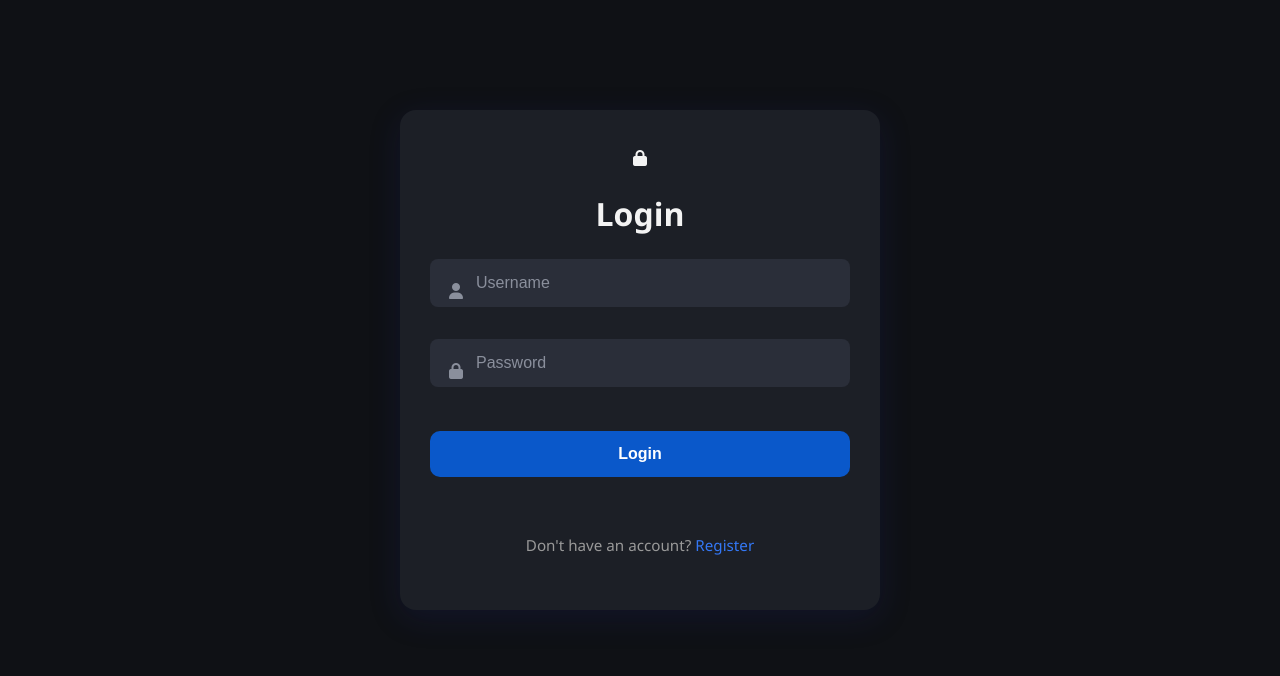
Repository: lowluds/auth-flask
Page: http://localhost/login
An editor plug-in stored every save of this project. The page is shown before and after the next save, followed by the edit.
The browser window is 1280 px wide. The pictures show the whole page.
The page is served by the project's application, run on Flask 3 (login.py).

Above is the page before, as saved 2025-07-10 22:22:26.

### templates/login.html
<!DOCTYPE html>
<html lang="en">
<head>
    <meta charset="UTF-8">
    <meta name="viewport" content="width=device-width, initial-scale=1.0">
    <title>Login</title>
    <link rel="stylesheet" href="{{ url_for('static', filename='register.css') }}">
    <link rel="stylesheet" href="{{ url_for('static', filename='error.css') }}">
    <link rel="stylesheet" href="https://cdnjs.cloudflare.com/ajax/libs/font-awesome/6.5.0/css/all.min.css">
</head>

<body>
    <div class="login-container">
        <i class="fas fa-lock login-icon"></i>
        <h2>Login</h2>
        <form method="post" action="/login">

          <div class="input-group">
              <i class="fas fa-user"></i>
              <input type="text" name="username" placeholder="Username" required>
            </div>

            <div class="input-group">
              <i class="fas fa-lock"></i>
              <input type="password" name="password" placeholder="Password" required>
            </div>

            {% with messages = get_flashed_messages(with_categories=true) %}
              {% if messages %}
                {% for category, message in messages %}
                  {% if category == 'error' %}
                  <div class="input-error">{{ message }}</div>
                  {% endif %}
                {% endfor %}
              {% endif %}
            {% endwith %}

            <button type="submit">Login</button><br>

            {% if show_forgot %}
            <a href="{{ url_for('forgot_password') }}" class="forgot-link">Forgot password?</a>
            {% endif %}

        </form>
        <p>Don't have an account? <a href="/register">Register</a></p>
    </div>
</body>
</html>

### login.py
from flask import Flask, render_template, request, redirect, url_for, session, flash
from werkzeug.security import check_password_hash
from werkzeug.security import generate_password_hash
import json

app = Flask (__name__)
app.secret_key = '123abc456'  # Change this to a secure random value

@app.route('/')
def home():
    return redirect(url_for('login'))

# Login
@app.route('/login', methods=['GET', 'POST'])
def login():
    if request.method == 'POST':
        # Get form input
        username = request.form['username']
        password = request.form['password']

        # Load users from JSON
        with open('users/userDB.json', 'r') as file:
            data = json.load(file)

        # Look for user
        for user in data['users']:
            if user['username'] == username:
                # Check hashed password
                if check_password_hash(user['password'], password):
                    session['username'] = username
                    session['group'] = user['group']
                    session.pop('show_forgot', None)

                    # Redirect based on group
                    if user['group'] == 'admin':
                        return redirect(url_for('admin'))
                    else:
                        return redirect(url_for('dashboard'))

                flash("Incorrect password", "error")
                session['show_forgot'] = True
                return redirect(url_for('login'))

        flash("Username or password not found", "error")
        session.pop('show_forgot', None)
        return redirect(url_for('login'))

    show_forgot = session.pop('show_forgot', False)
    return render_template('login.html', show_forgot=show_forgot)

# Register
@app.route('/register', methods=['GET', "POST"])
def register():
    if request.method == 'POST':
        username = request.form['username']
        password = request.form['password']
        group = "user"

        # Load existing users
        with open('users/userDB.json', 'r') as file:
            data = json.load(file)

        # Check for duplicate username
        for user in data['users']:
            if user['username'] == username:
                flash("Username already exists. Please choose another.", "error")
                return redirect(url_for('register'))

        # Hash the password
        hashed_password = generate_password_hash(password)

        # Add new user to userDB.json
        data['users'].append({
            'username': username,
            'password': hashed_password,
            'group'   : group
        })

        # Save the updated user to userDB.json
        with open('users/userDB.json', "w") as file:
            json.dump(data, file, indent=4)

        flash("You are registered! Please log in.", "success")
        return redirect(url_for('login'))

    # Only runs for GET requests
    return render_template('register.html')

# Forgot Password
@app.route('/forgot')
def forgot_password():
    return render_template('forgot.html')

# Dashboard
@app.route('/dashboard')
def dashboard():
    # Check if user is logged in
    if 'username' in session:
        return render_template('dashboard.html')
    else:
        return redirect(url_for('login'))
# Admin dashboard
@app.route('/admin')
def admin():
    if 'username' in session:
        if session.get('group') == 'admin':
            return render_template('admin.html')
        else:
            return "You are logged in, but not authorized to view this page"
    else:
        return redirect(url_for('login'))

# Logout
@app.route('/logout')
def logout():
    session.pop('username', None)
    return redirect(url_for('login'))

if __name__ == '__main__':
    app.run(debug=True)

### static/register.css
/* Global dark theme */
body {
    background: #0f1115;
    font-family: 'Segoe UI', Tahoma, Geneva, Verdana, sans-serif;
    margin: 0;
    padding: 0;
    color: #f3f3f3;
    min-height: 100vh;
    display: flex;
    justify-content: center;
    align-items: center;
}

/* Shared container styles */
.login-container,
.register-container,
.dashboard-container,
.admin-dashboard-container {
    background: #1c1f26;
    max-width: 420px;
    width: 100%;
    padding: 40px 30px;
    margin: 60px auto;
    border-radius: 16px;
    box-shadow: 0 8px 32px rgba(31, 38, 135, 0.18);
    display: flex;
    flex-direction: column;
    align-items: center;
}

.input-group {
    position: relative;
    width: 100%;
    margin-bottom: 16px;
}

.input-group i {
    position: absolute;
    top: 50%;
    left: 16px;
    transform: translateY(-50%);
    color: #8a8f9c;
    font-size: 1rem;
    pointer-events: none;
    height: 20px;
    width: 20px;
    display: flex;
    align-items: center;
    justify-content: center;
}

.input-group input {
    padding: 14px 16px 14px 46px; /* space for icon */
    height: 48px;
    border: none;
    border-radius: 8px;
    background-color: #2a2e39;
    color: #f3f3f3;
    font-size: 1rem;
    width: 100%;
    box-sizing: border-box;
}

.input-group input:focus {
    box-shadow: 0 0 0 2px rgba(52, 120, 246, 0.4);
}

/* Headings */
.login-container h2,
.register-container h2,
.dashboard-container h2,
.admin-dashboard-container h2 {
    color: #f3f3f3;
    margin-bottom: 24px;
    font-weight: 600;
    font-size: 2rem;
    text-align: center;
}

/* Forms */
form {
    width: 100%;
    display: flex;
    flex-direction: column;
    margin-bottom: 20px;
}

/* Labels */
label {
    margin-bottom: 6px;
    color: #ccc;
    font-size: 0.95rem;
}

/* Inputs */
input,
select {
    padding: 14px;
    margin-bottom: 16px;
    border: none;
    border-radius: 10px;
    background-color: #2a2e39;
    color: #f3f3f3;
    font-size: 1rem;
    transition: all 0.2s ease-in-out;
}

input::placeholder {
    color: #8a8f9c;
}

input:focus,
select:focus {
    outline: none;
    background-color: #2f3541;
    border: 1.5px solid #3478f6;
}

/* Buttons */
button {
    background-color: #0a58ca;
    color: #fff;
    border: none;
    border-radius: 10px;
    padding: 14px;
    font-size: 1rem;
    font-weight: 600;
    cursor: pointer;
    transition: background-color 0.3s ease;
    margin-top: 12px;
}

button:hover {
    background-color: #0846a1;
}

/* Links */
a {
    color: #3478f6;
    text-decoration: none;
    font-weight: 500;
    font-size: 0.95rem;
}

a:hover {
    color: #5a9afc;
    text-decoration: underline;
}

/* Paragraphs */
p {
    margin-top: 16px;
    color: #999;
    font-size: 0.95rem;
}

/* Forgot Password */
.forgot-link {
    text-align: center;
    margin-bottom: 10px;
}

/* Flash error styling */
.input-error {
    color: #ff4d4d;
    font-weight: bold;
    margin-bottom: 12px;
    text-align: center;
}

/* Responsive */
@media (max-width: 600px) {
    .login-container,
    .register-container,
    .dashboard-container,
    .admin-dashboard-container {
        width: 90%;
        padding: 24px;
    }
}

### static/error.css
/* Modern error style for login and form input errors */
.input-error {
    background: none;
    color: #ff0000;
    padding: 0;
    border-radius: 0;
    margin: 14px 0 18px 0;
    font-weight: 600;
    text-align: center;
    box-shadow: none;
    letter-spacing: 0.7px;
    font-size: 1.08rem;
    border: none;
    text-shadow: none;
    max-width: 400px;
    width: 90%;
    margin-left: auto;
    margin-right: auto;
}
@keyframes fadeOut {
  0% { opacity: 0.98; transform: translateY(0); }
  80% { opacity: 0.98; }
  100% { opacity: 0; transform: translateY(-20px); pointer-events: none; }
}

After the next save:
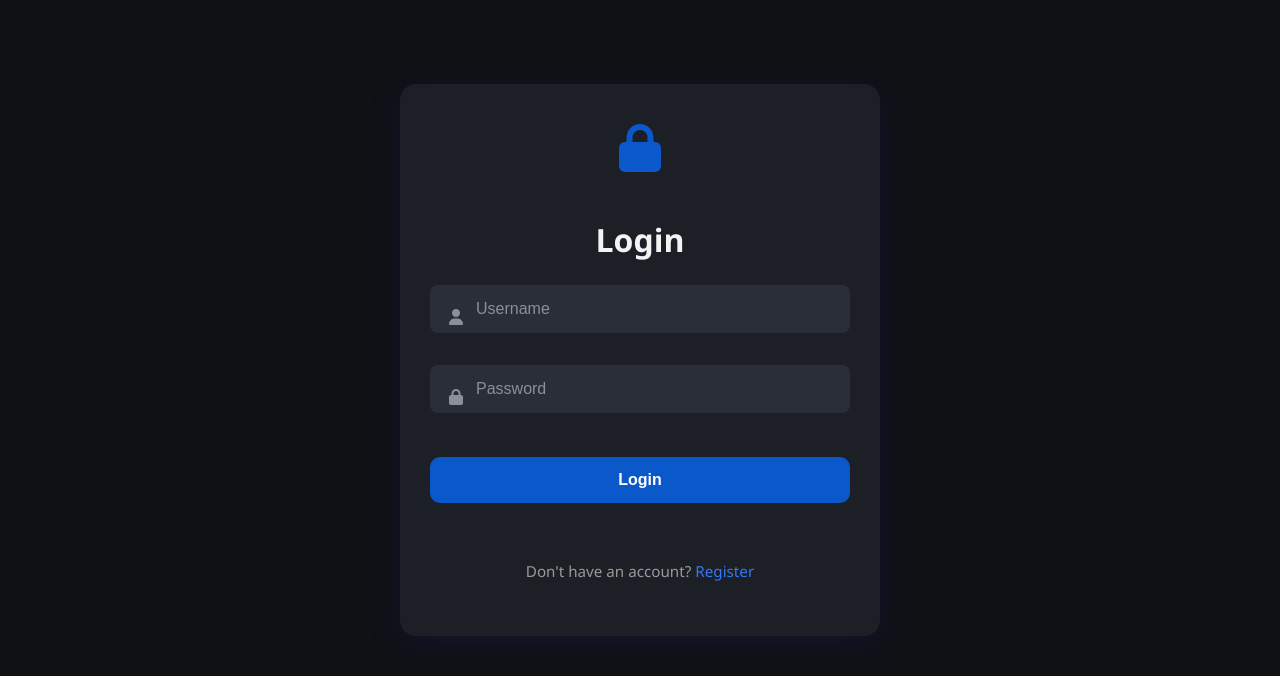
Saved 2 min 28 s later.
--- a/static/register.css
+++ b/static/register.css
@@ -50,7 +50,7 @@ body {
 }
 
 .input-group input {
-    padding: 14px 16px 14px 46px; /* space for icon */
+    padding: 14px 16px 14px 46px;
     height: 48px;
     border: none;
     border-radius: 8px;
@@ -147,6 +147,13 @@ a:hover {
     text-decoration: underline;
 }
 
+.login-container .login-icon {
+    font-size: 48px !important;
+    color: #0a58ca !important;
+    margin-bottom: 20px;
+}
+
+
 /* Paragraphs */
 p {
     margin-top: 16px;
